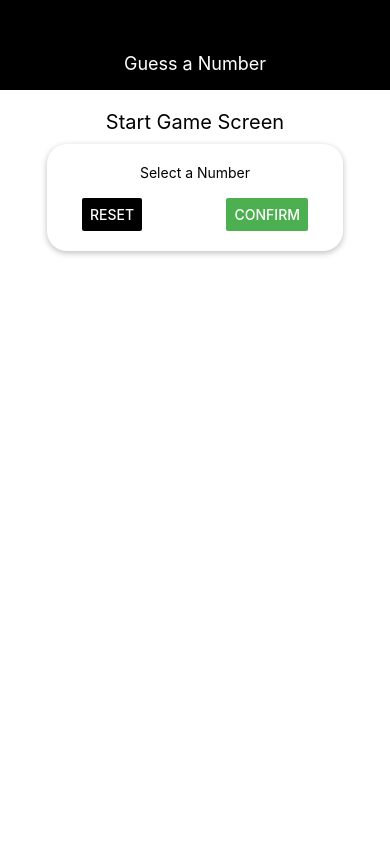
Repository: oguzhan18m/react-native-guess-number-game
Screen: /
These files come from the project's save history. The screen is drawn as it stood at one moment and after the next save; the edit follows.
The app was drawn by React Native's web renderer in a window 390 px wide. The project was rebuilt for these pictures with package versions that can differ from the ones it lists, and the page was loaded fresh each time.

Above is the screen before, as saved 2021-03-04 00:56:50.

After the next save:
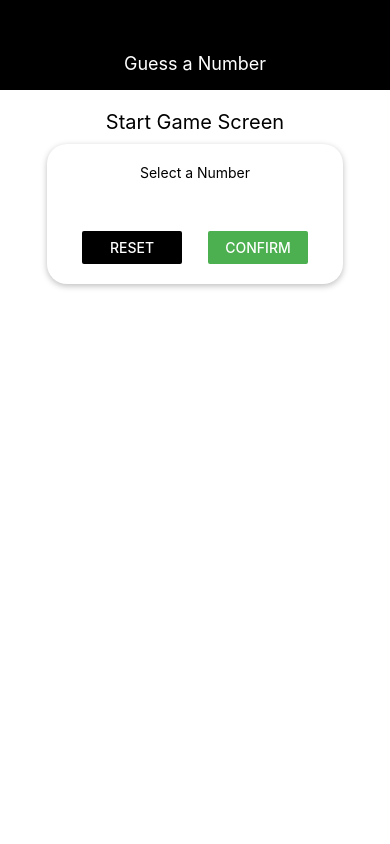
Saved 3 min 3 s later.
--- a/screens/StartGameScreen.js
+++ b/screens/StartGameScreen.js
@@ -1,6 +1,7 @@
 import React from 'react';
-import { Button, StyleSheet, Text, TextInput, View } from 'react-native';
+import { Button, StyleSheet, Text, View } from 'react-native';
 import Card from '../components/Card';
+import Input from '../components/Input';
 import Colors from '../constants/Colors';
 
 const StartGameScreen = (props) => {
@@ -9,10 +10,14 @@ const StartGameScreen = (props) => {
             <Text style={styles.title}>Start Game Screen</Text>
             <Card style={styles.inputContainer}>
                 <Text>Select a Number</Text>
-                <TextInput/>
+                <Input />
                 <View style={styles.buttonContainer}>
+                    <View style={styles.button}>
                     <Button title='Reset' onPress={()=>{}} color={Colors.accent} />
+                    </View>
+                    <View style={styles.button}>
                     <Button title='Confirm' onPress={()=>{}} color={Colors.primary} />
+                    </View>
                 </View>
             </Card>
         </View>
@@ -42,7 +47,11 @@ const styles = StyleSheet.create({
         width:300,
         maxWidth:'80%',
         alignItems:'center',
+    },
+    button: {
+        width:100,
     }
+
 });
 
 export default StartGameScreen;
